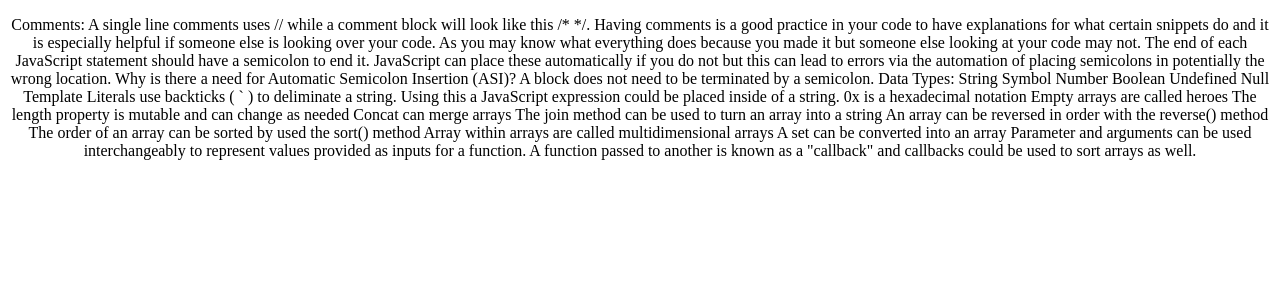
Repository: jknudsen97/WDD-330-Portfolio
Page: week2/notes.html
These files come from the project's save history. The page is drawn as it stood at one moment and after the next save; the edit follows.
The browser window is 1280 px wide. The pictures show the whole page.

Above is the page before, as saved 2021-10-20 19:39:32.

### week2/notes.html
<!DOCTYPE html>
<html lang="en">
<head>
    <meta charset="UTF-8">
    <meta http-equiv="X-UA-Compatible" content="IE=edge">
    <meta name="viewport" content="width=device-width, initial-scale=1.0">
    <link rel="stylesheet" href="../css/style.css">
    <title>Week 02 Notes</title>
</head>
<body>
    <p>
        Comments:
        A single line comments uses // while a comment block will look like this /* */.
        Having comments is a good practice in your code to have explanations for what certain snippets do and it is especially helpful if someone else is looking over your code. As you may know what everything does because you made it but someone else looking at your code may not.

        The end of each JavaScript statement should have a semicolon to end it. JavaScript can place these automatically if you do not but this can lead to errors via the automation of placing semicolons in potentially the wrong location.

        Why is there a need for Automatic Semicolon Insertion (ASI)?

        A block does not need to be terminated by a semicolon.

        Data Types:
        String
        Symbol
        Number
        Boolean
        Undefined
        Null

        Template Literals use backticks ( ` ) to deliminate a string. Using this a JavaScript expression could be placed inside of a string.

        0x is a hexadecimal notation

        Empty arrays are called heroes

        The length property is mutable and can change as needed

        Concat can merge arrays

        The join method can be used to turn an array into a string

        An array can be reversed in order with the reverse() method

        The order of an array can be sorted by used the sort() method

        Array within arrays are called multidimensional arrays

        A set can be converted into an array

        Parameter and arguments can be used interchangeably to represent values provided as inputs for a function.

        A function passed to another is known as a "callback" and callbacks could be used to sort arrays as well.
    </p>
</body>
</html>

### css/style.css
main{
    text-align: center;
}

header{
    color: white;
    background-color: navy;
}

ul{
    list-style-type: none;
}

li{
    width: fit-content;
    border: 2px;
    margin: 5px;
    color: black;
    margin-left: auto;
    margin-right: auto;
    background-color: lightblue;
}

li:hover{
    color: black;
    background-color: white;
}

footer{
    background-color: navy;
    color: white;
}

p{
    text-align: center;
    margin-left: auto;
    margin-right: auto;
}

After the next save:
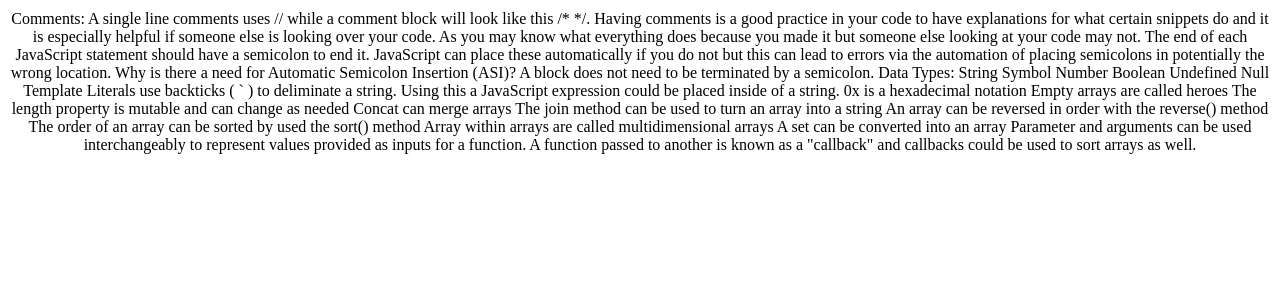
Saved 27 s later.
--- a/css/style.css
+++ b/css/style.css
@@ -32,6 +32,8 @@ footer{
 }
 
 p{
+    border: 10px;
+    margin: 10px;
     text-align: center;
     margin-left: auto;
     margin-right: auto;
